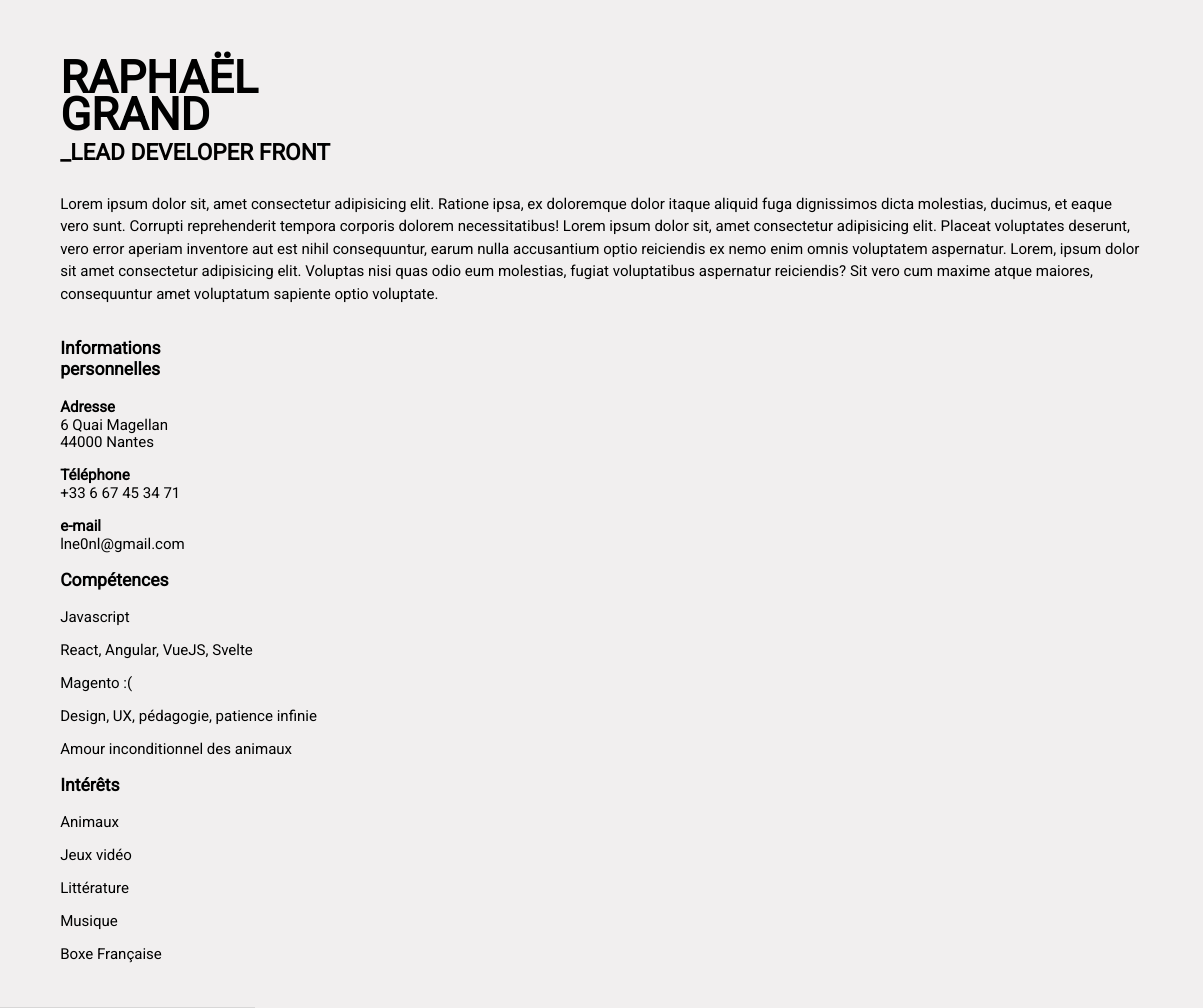
Repository: lne0nl/resume
Page: index.html
The author's editor kept a copy of each file at every save. The page is drawn from the files as they stood at one save, then again after the next save.
The browser window is 1280 px wide. The pictures show the whole page, at 94% of full size.

Above is the page before, as saved 2021-12-10 10:15:24.

After the next save:
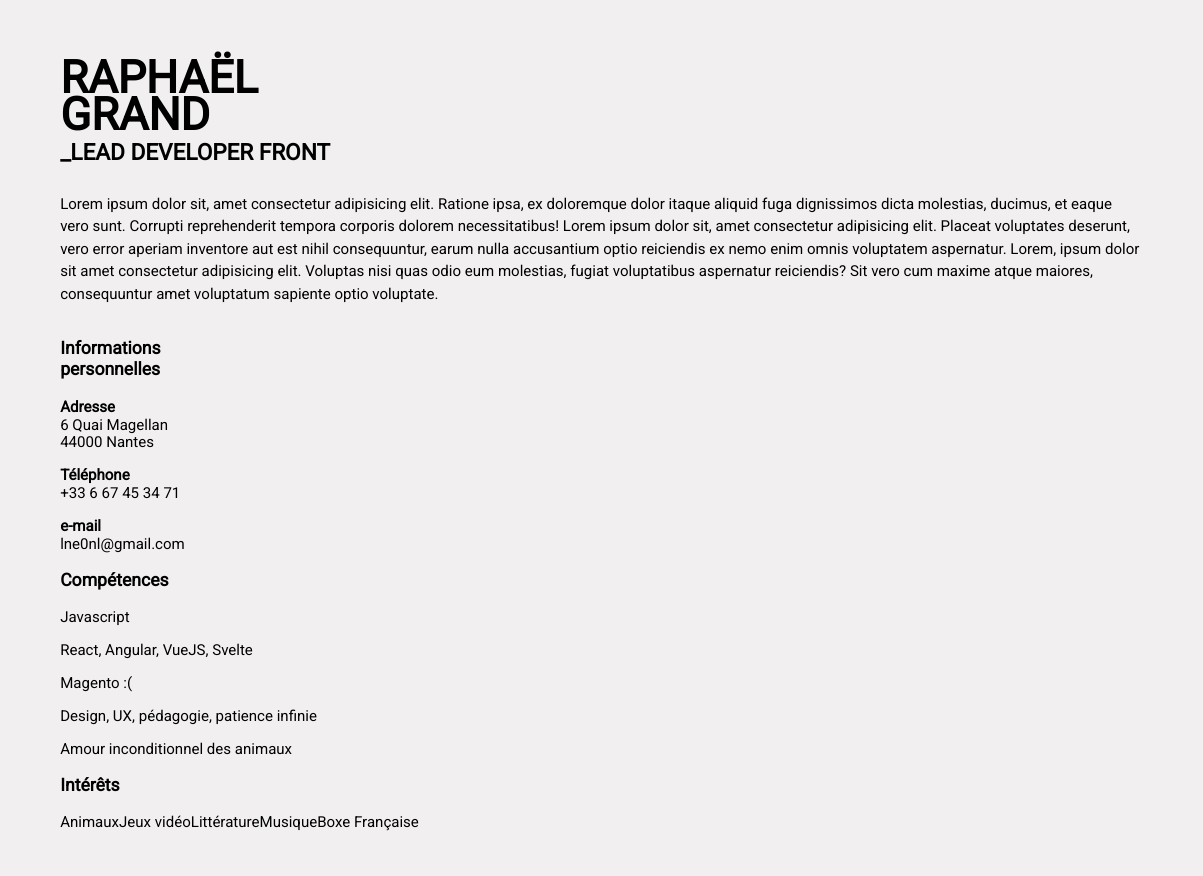
Saved 20 s later.
--- a/style.css
+++ b/style.css
@@ -55,3 +55,7 @@ li {
   flex: 1;
   /* background-color: yellow; */
 }
+
+.interests {
+  display: flex;
+}
